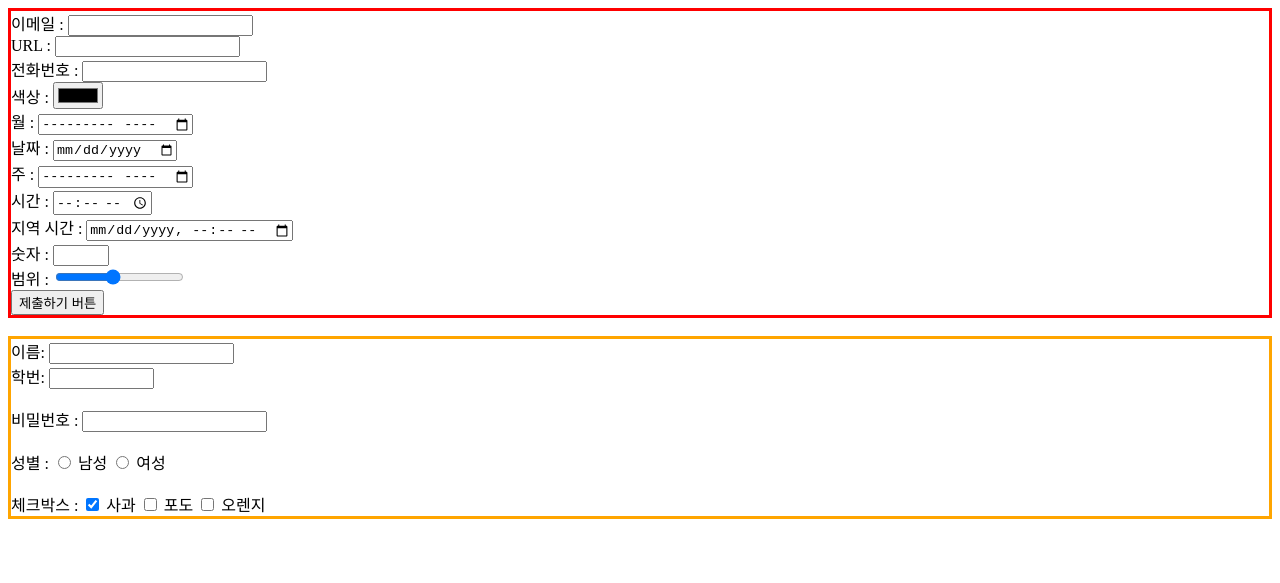
Repository: dhbaek2004/JSPex
Page: http://localhost/UX/InputForm.jsp
An editor plug-in stored every save of this project. The page is shown before and after the next save, followed by the edit.
The browser window is 1280 px wide. The pictures show the whole page.
The page is served by Tomcat 9.

Above is the page before, as saved 2020-08-26 14:58:52.

After the next save:
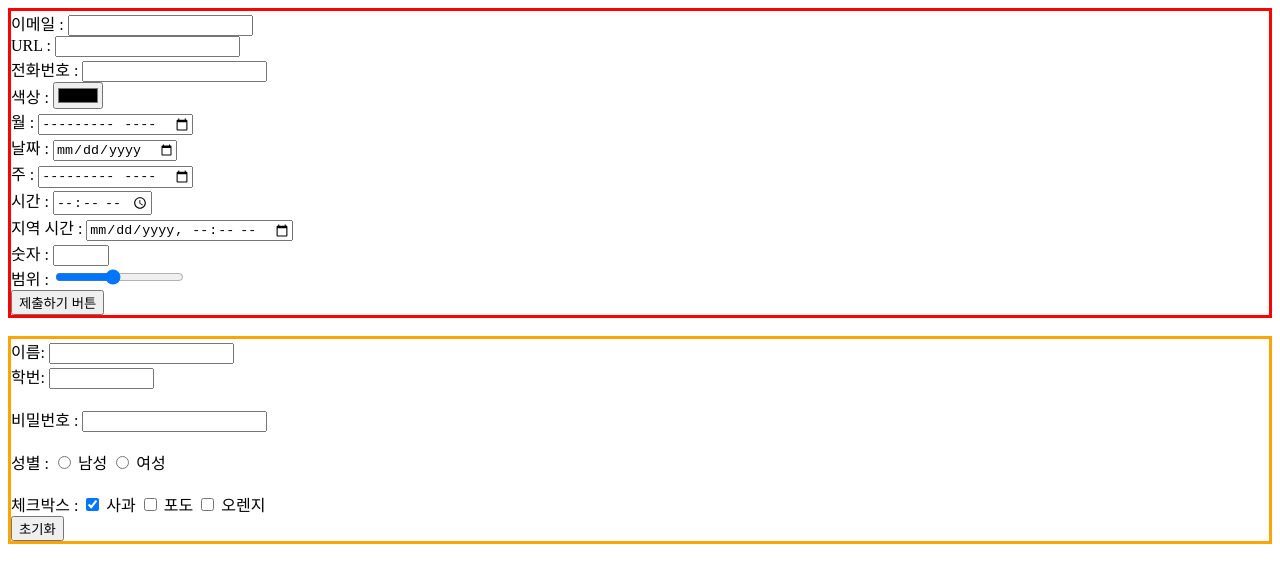
Saved 71 s later.
--- a/Infrearn/UX/UX/WebContent/InputForm.jsp
+++ b/Infrearn/UX/UX/WebContent/InputForm.jsp
@@ -40,6 +40,8 @@
 			<input type="checkbox" name="fruits" value="apple" checked> 사과
 			<input type="checkbox" name="fruits" value="grape" > 포도
 			<input type="checkbox" name="fruits" value="orange" > 오렌지
+			<br>
+			<input type="reset" value="초기화">
 		</div>
 
 
